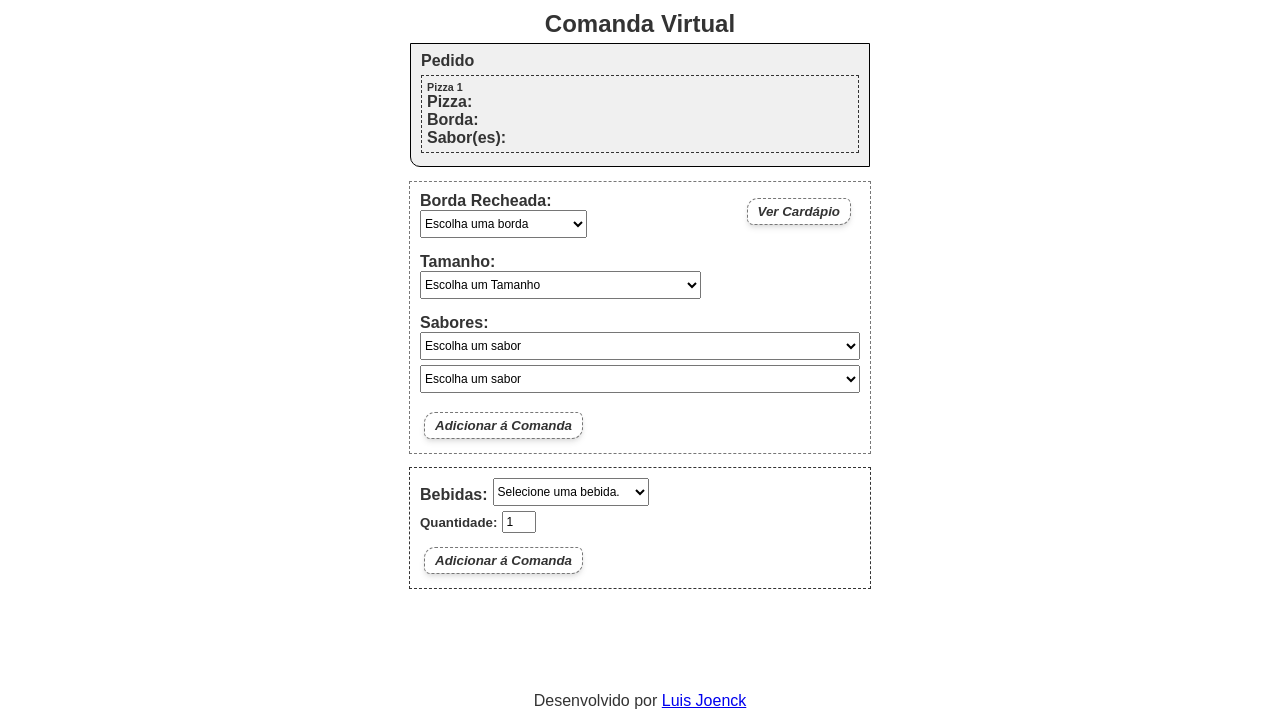
Repository: Joenck91/front-comanda-virtual
Page: index.html
An editor plug-in stored every save of this project. The page is shown before and after the next save, followed by the edit.
The browser window is 1280 px wide. The pictures show the whole page.
After loading, the first visible `form.unit-pizza-box` was submitted once.

Above is the page before, as saved 2025-10-05 14:35:16.

### index.html
<!DOCTYPE html>
<html lang="pt-br">
<head>
    <meta charset="UTF-8">
    <meta name="viewport" content="width=device-width, initial-scale=1.0">
    <title>Virtual Command</title>
    <link rel="stylesheet" href="style/base.css">
    <link rel="stylesheet" href="style/layout.css">
    <link rel="stylesheet" href="style/modules.css">
    <link rel="stylesheet" href="style/themes.css">
    <link rel="stylesheet" href="style/responsive.css">
</head>
<body class="body-style">
    <header>
        <div class="title-buttons">
            <h2>Comanda Virtual</h2>
        </div>
        <div class="command-box" id="total">
            <p><strong>Pedido</strong></p>
            <div class="ordered-items" id="ordered-items">
                <p>Nenhum item adicionado.</p>
            <!--CRIAR ESTRUTURA DE PEDIDO COM JSON-->
            </div>
        </div>
    </header>

    <main>
        <!-- Cardápio-->
        <div class="view-menu-box" id="view-menu-box"></div>
        <!-- Formulário de Pizzas-->
        <form class="unit-pizza-box">

            <!-- Borda recheada -->
            <div class="border-pizza-box pad-bot-10">
                <label for="border"><h4>Borda Recheada:</h4></label>
                <select name="border" id="border">
                    <option value="" selected >Escolha uma borda</option>
                </select>
            </div>

            <!-- Tamanho da pizza -->
            <div class="size-pizza-box pad-bot-10">
                <label for="size"><h4>Tamanho:</h4></label>
                <select name="size" id="size">
                    <option value="" selected >Escolha um Tamanho</option>
                </select>
            </div>

            <!-- Sabores -->
            <div id="choose-pizza-box" class="choose-pizza-box pad-bot-10">
                <button type="button" class="buttons-style view-menu-button" id="view-menu"><strong>Ver Cardápio</strong></button>
                <label for="flavors"><h4>Sabores:</h4></label>
                <select name="flavors" id="flavor_one" class="flavor_one">
                    <option value="" selected >Escolha um sabor</option>
                </select>
                <select name="flavors" id="flavor_two" class="flavor_two">
                    <option value="" selected >Escolha um sabor</option>
                </select>
                <select name="flavors" id="flavor_three" class="flavor_three">
                    <option value="" selected >Escolha um sabor</option>
                </select>
                <select name="flavors" id="flavor_four" class="flavor_four">
                    <option value="" selected >Escolha um sabor</option>
                </select>
            </div>

            <button type="submit" class="buttons-style"><strong>Adicionar á Comanda</strong></button>
        </form>

        <!-- Formulário de Bebidas -->
        <form class="command-drink">
            <div class="choose-drink-box">
                <label for="drinks"><h4>Bebidas:</h4></label>
                <select name="drinks" id="">
                    <option value="drinks">Selecione uma bebida.</option>
                </select>
            </div>
            <div class="unit-input-drink">
                <label for="unit-drink"><h5>Quantidade:</h5></label>
                <input type="number" name="unit-drink" id="unit-drink" min="1" value="1" required>
            </div>
            <button type="submit" class="buttons-style"><strong>Adicionar á Comanda</strong></button>
        </form>
    </main>
    <footer>
        <p>Desenvolvido por <a href="www.instagram.com/joenckluis">Luis Joenck</a></p>
    </footer>

<script type="module" src="script/main.js"></script>
</body>
</html>

### style/base.css
*{
    margin:0;
    padding:0;
    box-sizing:border-box;
}
html, body{
    width:100%;
    height: 100%;
    display:flex;
    flex-direction:column;
    align-items: center;
    justify-content: start;
    overflow: auto;
    font-family: Arial, Helvetica, sans-serif;
    color: #333;
}
body{
    max-width: 500px;
}
header{
    width: 100%;
    display: flex;
    flex-direction: column;
    justify-content: center;
    align-items: center;
    padding: 10px 20px 0 20px;
    top:0;
    left: 0;
    z-index: 1000;
    background-color: white;
}
main{
    flex: 1;
    overflow: auto;
    margin: 0 auto;
    padding: 0 20px;
    border-radius: 4px;
    width: 100%;
    max-width: 100%;
    position: relative;
}
h1{
    padding-bottom: 15px;
}
h2{
    padding-bottom: 5px;
}
li{
    font-style: italic;
}
button{
    background-color: #ccc;
    color: #333;
    padding: 5px 10px;
    border: 1px solid #333;
    border-radius: 5px;
    margin:5px;
    box-shadow: 0 4px 6px rgba(0, 0, 0, 0.1),
    0 2px 4px rgba(0, 0, 0, 0.06);
}
button:hover{
    cursor:pointer;
}
select{
    margin-bottom: 5px;
    padding: 5px 0;
    font-size: 12px;
}
label{
    margin-right: 5px;
}
input[type="number"] {
    font-size: 12px;
    padding: 2px;
    width: 5ch;
}
input:hover{
    cursor: pointer;
}
option p{
    background-color: #f0f0f0;
    padding: 5px;
}
footer{
    padding: 10px;
}

### style/layout.css
/*-----------------------------------------------------------------------------*/
/*                               HEADER                                        */
/*-----------------------------------------------------------------------------*/

/*-----------------------------------------------------------------------------*/
/*                          PEDIDO                                     */
/*-----------------------------------------------------------------------------*/
.command-box{
    background-color:#f0f0f0;
    width: 100%;
    padding: 8px 10px;
    height: fit-content;
    border-bottom-left-radius: 10px;
    border: 1px solid black;
    display: flex;
    flex-direction: column;
}
.ordered-item{
    border: 1px dashed #333;
    padding: 5px;
    margin: 5px 0;
    min-width: 100%;
}

/*-----------------------------------------------------------------------------*/
/*                              CARDÁPIO                                       */
/*-----------------------------------------------------------------------------*/
.view-menu-box{/*pagina do cardápio*/
    position: absolute;
    right: 20px;
    left: 20px;
    background-color:rgb(255, 244, 227);
    padding: 10px;
    width: fit-content;
    max-width: 94%;
    height: 80vh;
    overflow: auto;
    border-radius: 15px;
    display: none;
    flex-direction: column;
    box-shadow: 0 4px 8px #00000033;
    z-index: 1000;
    outline: 1px dashed #333;
}
.menu-title{/*titulos do cardápio 'pizzas/bebidas*/
    border-bottom: 2px dashed black;
    text-align: center;
    padding: 3px;
    margin: 15px 0;
}
.menu-item{/*Itens do menu*/
    margin: 3px 0;
}
.pizza-description{/*Descrições de cada item*/
    margin-left: 25px;
}
/*-----------------------------------------------------------------------------*/
/*                        UNIDADE DE PIZZA                                     */
/*-----------------------------------------------------------------------------*/
.unit-pizza-box{/*Div pai com as opções de escolhas de uma pizza.*/
    outline: 1px dashed #777;
    padding: 10px;
    margin: 15px 0;
}
.border-pizza-box, .size-pizza-box{/*Box com opções de bordas*/

    display: flex;
    flex-direction: column;
    width: fit-content;
    align-items: start;
}
.choose-pizza-box{/*box referente aos campos para escolher sabores*/
    display: flex;
    flex-direction: column;
    position: relative;
}
.flavor_three, .flavor_four{/*Referente ao terceiro e quarto sabro que só devem aparecer conforme escolha de tamanhos.*/
    display: none;
}
/*-----------------------------------------------------------------------------*/
/*                        UNIDADE DE BEBIDA                                    */
/*-----------------------------------------------------------------------------*/
.command-drink{/*Div pai com as opções de escolhas de uma bebida*/
    outline: 1px dashed #333;
    padding: 10px;
    margin: 15px 0;
}
.choose-drink-box, .unit-input-drink{
    display: flex;
    flex-direction: row;
    align-items: center;
}
.unit-input-drink{
    padding-bottom: 10px;
}

### style/modules.css
/*-----------------------------------------------------------------------------*/
/*                             BOTÕES                                          */
/*-----------------------------------------------------------------------------*/
.view-menu-button{
    position: absolute;
    top: -120px;
    right: 5px;;
}
.menu-exit{/*botão que fecha o cardápio*/
    display: flex;
    position: sticky;
    top:0;
    width: fit-content;
    margin-left: auto;
    background-color: #f0f0f0;
    box-shadow: 0 4px 6px rgba(0, 0, 0, 0.1),
    0 2px 4px rgba(0, 0, 0, 0.06);
    border-radius: 2px 10px;
}
.buttons-style{/*Estilo para os botões*/
    width: fit-content;
    outline: 1px dashed #777;
    border: none;
    border-radius: 10px 5px;
    background-color: white;
    font-style: italic;
}
/*-----------------------------------------------------------------------------*/
/*                     PARA VÁRIOS ELEMENTOS                                   */
/*-----------------------------------------------------------------------------*/
.pad-bot-10{
    padding-bottom: 10px;
}

### script/main.js
import viewMenuBox from "./interface/view-menu.js";
import menuShowClose from "./buttons/menu-show-close.js";
import * as inputsContent from "./interface/inputs-contents.js"
import chooseSize from "./interface/choose-sizes.js";
import * as writingOrders from "./command/orders.js";

//Funções que precisam acessar json.
document.addEventListener('DOMContentLoaded', ()=>{
    // Faz uma requisição GET para a rota /api/menu para buscar os dados do cardápio.
    fetch('./data/menu.json')
    .then(res => res.json()) // Converte a resposta para JSON.
    .then(menu => {


        viewMenuBox(menu);  //Carrega menu.
        menuShowClose();    //Abre e fecha cardápio.
        inputsContent.showBorders(menu.borders);//Opções de bordas
        inputsContent.showsizes(menu.sizes);//Opções de tamanhos
        inputsContent.showFlavors(menu.pizzas);//Opções de pizzas
        inputsContent.showDrinks(menu.drinks);  //Opções de bebidas
        chooseSize();//Define quantidade de sabores de acordo com o tamanho selecionado.
        writingOrders.writingOrder(menu);//Armazena as opçoes escolhidas pelo usuário na variável orders


    })
    .catch(err => console.error('Erro ao carregar menu:', err));// Captura e exibe no console qualquer erro ocorrido ao carregar o menu.
});

### script/interface/view-menu.js
/* ********FUNÇÃO QUE CRIA O CARDÁPIO ******** */


export default function viewMenuBox (menu){
  const box = document.getElementById('view-menu-box');
        box.innerHTML = ''; // Limpa o conteúdo da div

        //Cria o titula Pizzas
        const titlePizza = document.createElement('h3');
        titlePizza.classList.add('menu-title');
        titlePizza.textContent = 'Pizzas';
        box.appendChild(titlePizza);

        const exit = document.createElement('button');
        exit.type ='button';
        exit.classList.add('menu-exit')
        exit.classList.add('exit-delete')
        exit.id = 'menuExit';
        exit.textContent = 'Sair';
        box.appendChild(exit);

        // Cria a lista das pizzas
        menu.pizzas.forEach(pizza => {
          const pizzaDiv = document.createElement('div');
          pizzaDiv.classList.add('menu-item'); // você pode estilizar no CSS

          const pizzaTitle = document.createElement('h4');
          pizzaTitle.textContent = `🍕 ${pizza.name}`;

          const pizzaDesc = document.createElement('p');
          pizzaDesc.classList.add('pizza-description')
          pizzaDesc.textContent = pizza.description;

          pizzaDiv.appendChild(pizzaTitle);
          pizzaDiv.appendChild(pizzaDesc);
          box.appendChild(pizzaDiv);
        });

        //Cria o titulo Bebidas
        const titleDrink = document.createElement('h3');
        titleDrink.classList.add('title');
        titleDrink.textContent = 'Bebidas';
        box.appendChild(titleDrink);

        //Cria a lista das bebidas
        menu.drinks.forEach(drink => {
          const drinkDiv = document.createElement('div');
          drinkDiv.classList.add('item');

          const drinkTitle = document.createElement('h4');
          drinkTitle.textContent = `🥤 ${drink.name} - R$ ${drink.price.toFixed(2)}`;

          drinkDiv.appendChild(drinkTitle);
          box.appendChild(drinkDiv);
        });
};

### script/buttons/menu-show-close.js

//Função para mostrar cardápiio e fechar cardápio
export default function menuShowClose (){
    const viewMenu = document.getElementById('view-menu');//Identifica o botão com "Ver cardápio"
    const closeMenu = document.getElementById('menuExit');//Identifica botão "sair" do cardápio.
    const menuBox = document.querySelector('.view-menu-box');//Identifica div que mostra cardápio

    viewMenu.addEventListener('click',()=>{//Escuta o evento de clique no botão "Ver cardápio"
        console.log("abrir")
        menuBox.style.display = 'flex';
    });
    closeMenu.addEventListener('click', ()=>{//Escuta o evento clique no botão "sair"
       console.log("sair");
        menuBox.style.display = 'none';
    });
};

### script/interface/inputs-contents.js
// Funções para preencher os selects
function showsizes(sizes) {
    const selectSizes = document.getElementById("size");
    sizes.forEach(size => {
        const option = document.createElement("option");
        option.value = size.name;
        option.textContent = `${size.name} - R$${size.price.toFixed(2)}`;
        selectSizes.appendChild(option);
    });
}

function showFlavors(pizzas) {
    const selectsFlavors = [
        document.getElementById("flavor_one"),
        document.getElementById("flavor_two"),
        document.getElementById("flavor_three"),
        document.getElementById("flavor_four")
    ];

    selectsFlavors.forEach(select => {
        pizzas.forEach(pizza => {
            const option = document.createElement("option");
            option.value = pizza.name;
            option.textContent = pizza.name;
            select.appendChild(option);
        });
    });
}

function showBorders(borders) {
    const selectBorder = document.getElementById("border");
    borders.forEach(border => {
        const option = document.createElement("option");
        option.value = border.name;
        option.textContent = `${border.name} - R$${border.price.toFixed(2)}`;
        selectBorder.appendChild(option);
    });
}

function showDrinks(drinks) {
    const selectDrinks = document.querySelector('.command-drink select');
    drinks.forEach(drink => {
        const option = document.createElement("option");
        option.value = drink.name;
        option.textContent = `${drink.name} - R$${drink.price.toFixed(2)}`;
        selectDrinks.appendChild(option);
    });
}

export {showBorders, showsizes, showFlavors, showDrinks};

### script/interface/choose-sizes.js
// Pega o select de tamanho
const selectSize = document.getElementById("size");

// Variável para armazenar o tamanho selecionado
let sizeChecked = "";

//Função para exibir os sabores de acordo com a escolha do tamanho da pizza
function updateFlavor(size) {
    document.querySelector('.flavor_three').style.display = (size === 'GRANDE(3 sabores, 12 fatias, 35cm)' || size === 'GIGANTE(4 sabores, 16 fatias, 40cm)' || size === 'KING(4 sabores, 20 fatias, 45cm)') ? 'flex' : 'none';//Se o tamanho for grande, gigante e king: aparece o terceiro sabor
    document.querySelector('.flavor_four').style.display = (size === 'GIGANTE(4 sabores, 16 fatias, 40cm)' || size === 'KING(4 sabores, 20 fatias, 45cm)') ? 'flex' : 'none';//Se o tamanho for gigante e king: aparece o quarto sabor.
}

export default function chooseSizes (){
        // Escuta quando o usuário muda a opção
    selectSize.addEventListener("change", (event) => {
        sizeChecked = event.target.value; // aqui está o valor selecionado
        updateFlavor(sizeChecked);
    });
};

### script/command/orders.js
import  showItems from "../interface/command-box/show-items.js";
//Array que guarda todos os pedidos da sessão
let notedOrder = {
    pizzas: [],
    drinks: []
};

function writingOrder (menu){
    // Captura o envio do formulário de pizza
    const formPizza = document.querySelector('.unit-pizza-box');
    formPizza.addEventListener('submit', (e) => {
        e.preventDefault(); // evita reload da página
        //código aqui

        const pizzaOrder = {
            pizza: document.getElementById('size').value,
            borda: document.getElementById('border').value,
            sabores: [
                document.getElementById('flavor_one').value,
                document.getElementById('flavor_two').value,
                document.getElementById('flavor_three').value,
                document.getElementById('flavor_four').value
            ].filter(s => s), // remove strings vazias
        };

        // Adiciona ao array de pedidos
        notedOrder.pizzas.push(pizzaOrder);

        // Atualiza a exibição dos itens pedidos
        showItems(notedOrder);


        console.log(notedOrder);


    });

    //Captura o envio do formulário de bebidas
    const formDrinks = document.querySelector('.command-drink');
    formDrinks.addEventListener('submit', (e) =>{
        e.preventDefault(); //evita reload da página
        //código aqui
        const drinkOrder = {
            bebida: document.querySelector('.command-drink select').value,
            quantidadeBebida: parseInt(document.getElementById('unit-drink').value, 10)
        };

        // Adiciona ao array de pedidos
        notedOrder.drinks.push(drinkOrder);
        // Atualiza a exibição dos itens pedidos
        showItems(notedOrder);


        console.log(notedOrder);
    });

};

export {writingOrder, notedOrder};

### script/interface/command-box/show-items.js

//função que mostra os itens pedidos na interface
export default function showItems(notedOrder){
    const orderedItemsDiv = document.getElementById('ordered-items');
    orderedItemsDiv.innerHTML = ''; // Limpa o conteúdo anterior

    // Mostra pizzas
    notedOrder.pizzas.forEach((pizza, index) => {
        const pizzaDiv = document.createElement('div');
        pizzaDiv.classList.add('ordered-item');
        pizzaDiv.innerHTML = `
            <h6>Pizza ${index + 1}</h6>
            <p><strong>Pizza:</strong> ${pizza.pizza}</p>
            <p><strong>Borda:</strong> ${pizza.borda}</p>
            <p><strong>Sabor(es):</strong> ${pizza.sabores.join(', ')}</p>
        `;
        orderedItemsDiv.appendChild(pizzaDiv);
    });

    // Mostra bebidas
    notedOrder.drinks.forEach((drink, index) => {
        const drinkDiv = document.createElement('div');
        drinkDiv.classList.add('ordered-item');
        drinkDiv.innerHTML = `
            <h4>Bebida ${index + 1}</h4>
            <p><strong>Tipo:</strong> ${drink.bebida}</p>
            <p><strong>Quantidade:</strong> ${drink.quantidadeBebida}</p>
        `;
        orderedItemsDiv.appendChild(drinkDiv);
    });
};

Loaded but not shown: data/menu.json (282 lines, source omitted); style/themes.css (no stored copy; drawn as an empty file); style/responsive.css (no stored copy; drawn as an empty file)

After the next save:
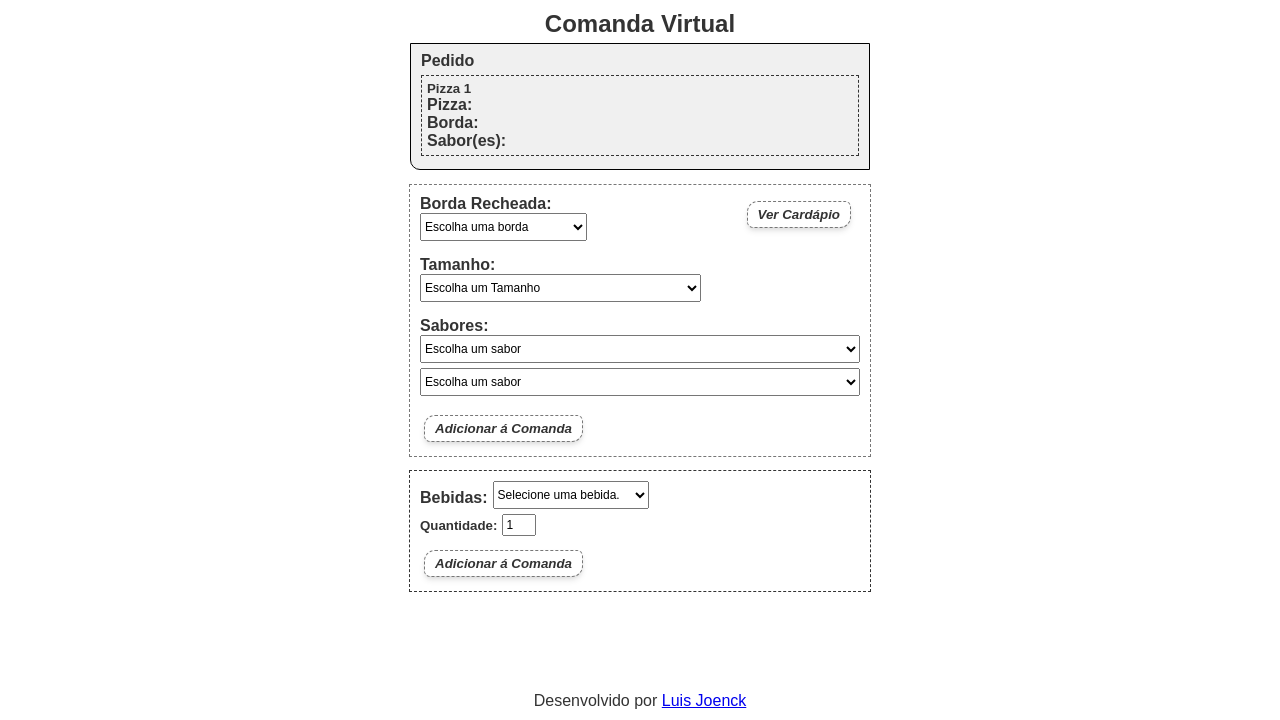
Saved 27 s later.
--- a/script/interface/command-box/show-items.js
+++ b/script/interface/command-box/show-items.js
@@ -9,7 +9,7 @@ export default function showItems(notedOrder){
         const pizzaDiv = document.createElement('div');
         pizzaDiv.classList.add('ordered-item');
         pizzaDiv.innerHTML = `
-            <h6>Pizza ${index + 1}</h6>
+            <h5>Pizza ${index + 1}</h5>
             <p><strong>Pizza:</strong> ${pizza.pizza}</p>
             <p><strong>Borda:</strong> ${pizza.borda}</p>
             <p><strong>Sabor(es):</strong> ${pizza.sabores.join(', ')}</p>
